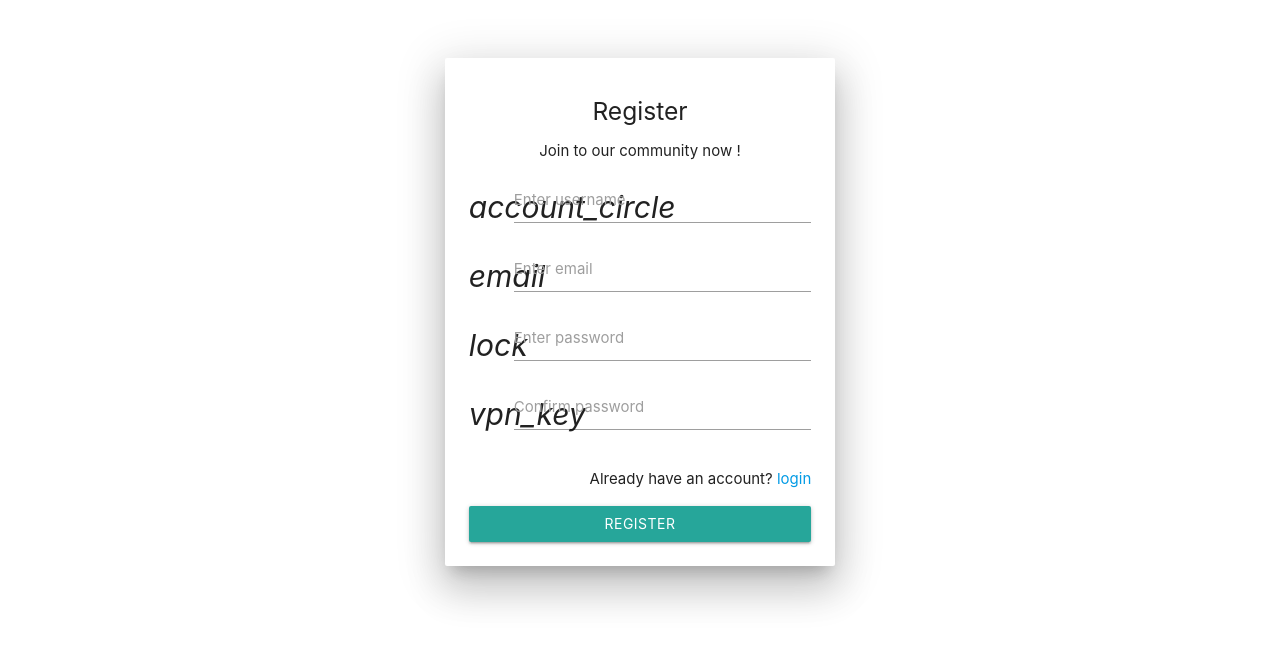
Repository: luizasilveira/TechWeb
Page: http://localhost/techWebP1/login.jsp
The author's editor kept a copy of each file at every save. The page is drawn from the files as they stood at one save, then again after the next save.
The browser window is 1280 px wide. The pictures show the whole page.
The page is served by Tomcat 9.

Above is the page before, as saved 2019-09-10 11:52:00.

After the next save:
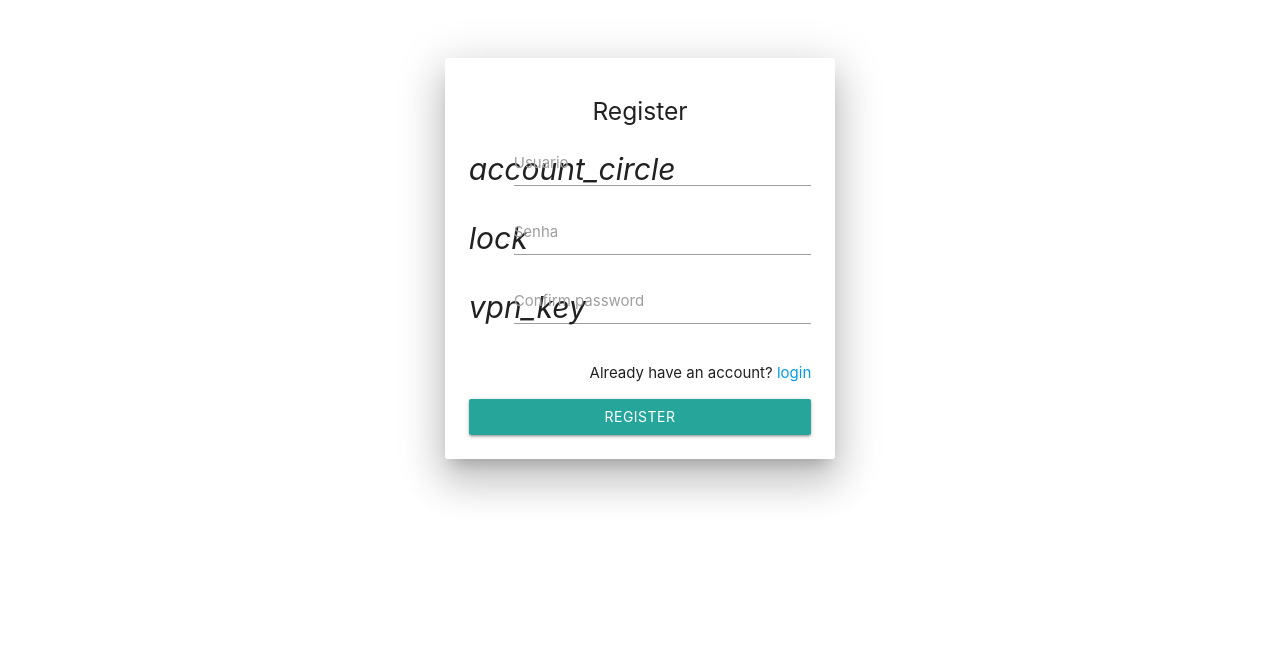
Saved 4 min 16 s later.
--- a/Projeto1/techWebP1/WebContent/login.jsp
+++ b/Projeto1/techWebP1/WebContent/login.jsp
@@ -36,23 +36,17 @@ body {
             <form action="" method="POST">
                  <div class="card-panel z-depth-5">
                   <h5 class="center">Register</h5>
-                  <p class="center">Join to our community now !</p>
                    <div class="input-field">
                     <i class="material-icons prefix">account_circle</i>
                     <input type="text" name="username">
-                    <label>Enter username</label>
+                    <label> Usuario</label>
                   </div>
 
-                   <div class="input-field">
-                    <i class="material-icons prefix">email</i>
-                    <input type="email" name="email" class="validate">
-                    <label>Enter email</label>
-                  </div>
 
                    <div class="input-field">
                     <i class="material-icons prefix">lock</i>
                     <input type="password" name="pass1">
-                    <label>Enter password</label>
+                    <label>Senha</label>
                   </div>
 
 
